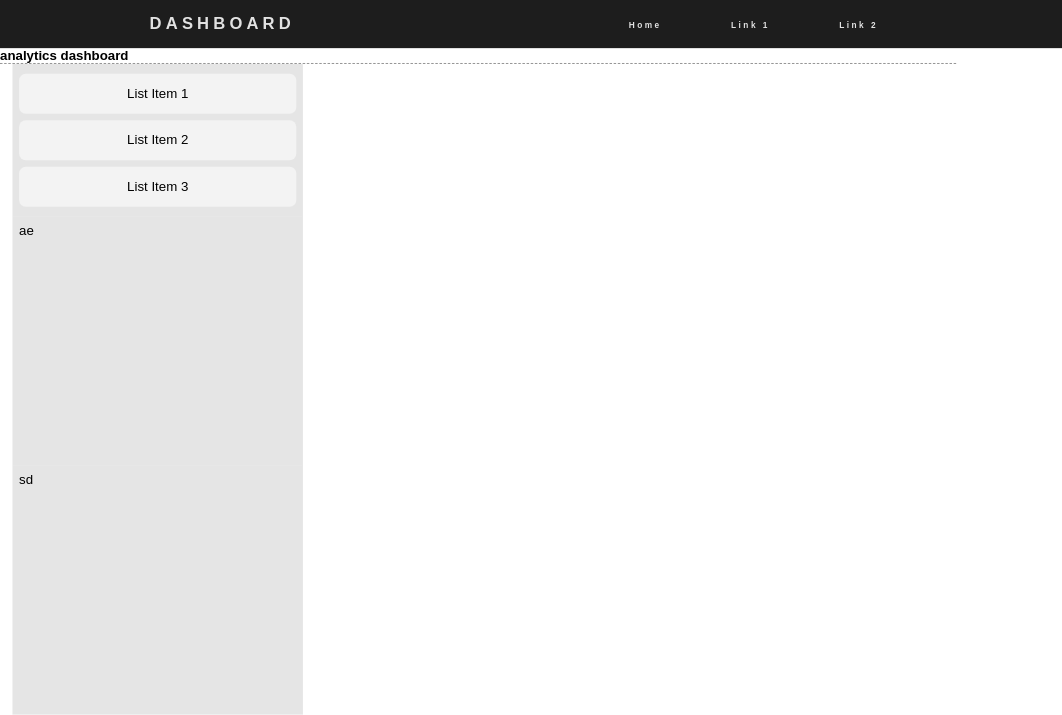
Repository: nourabdelhakam/drag-drop
Page: index.html
These files come from the project's save history. The page is drawn as it stood at one moment and after the next save; the edit follows.
The browser window is 1280 px wide. The pictures show the whole page, at 83% of full size.

Above is the page before, as saved 2020-07-03 08:37:02.

### index.html
<!DOCTYPE html>
<html lang="en">
<head>
    <meta charset="UTF-8">
    <meta name="viewport" content="width=device-width, initial-scale=1.0">
    <meta http-equiv="X-UA-Compatible" content="ie=edge">
    <title>Drag & Drop</title>
    <link rel="stylesheet" href="nav/nav.css">
    <link rel="stylesheet" href="css/main.css">
</head>
<body>

    <!-- <nav> -->
        <nav>
            <div class="logo">
                <h4>Dashboard</h4>
            </div>
            <ul class="nav-links">
                <li><a href="">Home</a></li>
                <li><a href="">Link 1</a></li>
                <li><a href="">Link 2</a></li>
            </ul>
            <div class="burger">
                <div class="line1"></div>
                <div class="line2"></div>
                <div class="line3"></div>
            </div>
        </nav>
      <!-- </nav> end of nav -->

      <section>
          <h4>analytics dashboard </h4>
          <div class="container">
              <div class="left">
                <div class="list">
                    <div class="list-item" draggable="true">List Item 1</div>
                    <div class="list-item" draggable="true">List Item 2</div>
                    <div class="list-item" draggable="true">List Item 3</div>
                </div>
              </div>
              <div class="right">
                <div class="list">ae</div>
                <div class="list">sd</div>
              </div>
            <!-- <div class="lists">
                <div class=" left list">
                    <div class="list-item" draggable="true">List Item 1</div>
                    <div class="list-item" draggable="true">List Item 2</div>
                    <div class="list-item" draggable="true">List Item 3</div>
                </div>
                <div class="list"></div>
                <div class="list"></div>
            </div> -->
        </div>
      </section>


    <script src="main.js" type="text/javascript"></script>
    <script src="nav/nav.js" type="text/javascript"></script>
</body>
</html>

### nav/nav.css
nav {
    display: flex;
    justify-content: space-around;
    align-items: center;
    min-height: 8vh;
    background-color: #1D1D1D;
    font-family: "Poppins", sans-serif;
}
.logo {
    color: rgb(226, 226, 226);
    text-transform: uppercase;
    letter-spacing: 5px;
    font-size: 20px;
}
.nav-links {
    display: flex;
    justify-content: space-around;
    width: 30%;
}
.nav-links li {
    list-style: none;
}
.nav-links a {
    color: rgb(226, 226, 226);
    text-decoration: none;
    letter-spacing: 3px;
    font-weight: bold;
    font-size: 10px;
}
.burger {
    display: none;
    cursor: pointer;
}
.burger div {
    width: 25px;
    height: 3px;
    background-color: rgb(226, 226, 226);
    margin: 5px;
    transition: all 0.3s ease;
}


@media screen and (max-width:1024px) {
    .nav-links {
        width: 60%;
    }
}

@media screen and (max-width:768px) {

    body {
        overflow-x: hidden;
    }
    .nav-links {
        position: absolute;
        right: 0px;
        height: 92vh;
        top: 8vh;
        background-color: #1D1D1D;
        display: flex;
        flex-direction: column;
        align-items: center;
        width: 50%;
        transform: translatex(100%);
        transition: transform 0.5s ease-in;
    }
    .nav-links li {
        opacity: 0;
    }
    .burger {
        display: block;
    }
}

.nav-active {
    transform: translatex(0%);
}

@keyframes navLinkFade {
    from {
        opacity: 0;
        transform: translatex(50%);
    }
    to {
        opacity: 1;
        transform: translatex(0%);
    }
}

.toggle .line1 {
    transform: rotate(-45deg) translate(-5px, 6px);
}
.toggle .line2 {
    opacity: 0;
}
.toggle .line3 {
    transform: rotate(45deg) translate(-5px, -6px);
}

.landing {
    height: 90vh;
    display: flex;
    justify-content: center;
    align-items: center;
}
.landing h1 {
    margin: 100px;
    font-size: 50px;
    color: #ae5fce;
}

### css/main.css
* {
    margin: 0;
    padding: 0;
    box-sizing: border-box;
}
body {
    font-family: Arial, Helvetica, sans-serif;
}
.container {
    display: flex;
    flex-flow: column;
    width: 90vw;
    height: 90vh;
    border-top: 1px dashed gray;
}
.lists {
    display: flex;
    flex: 1;
    width: 100%;
    /* overflow: scroll; */
}
 .list {
    display: flex;
    flex-flow: column;
    flex: 1;

    width: 100%;
    min-width: 250px;
    max-width: 350px;
    height: 100%;
    min-height: 150px;

    background-color: rgba(0, 0, 0, 0.1);
    margin: 0 15px;
    padding: 8px;
    transition: all 0.2s linear;
}

 .list .list-item {
    background-color: #F3F3F3;
    border-radius: 8px;
    padding: 15px 20px;
    text-align: center;
    margin: 4px 0;
}

### main.js
const list_items = document.querySelectorAll('.list-item');
const lists = document.querySelectorAll('.list');

let draggedItem = null;

for (let i = 0; i < list_items.length; i++) {
	const item = list_items[i];

	item.addEventListener('dragstart', function () {
		draggedItem = item;
		setTimeout(function () {
			item.style.display = 'none';
		}, 0)
	});

	item.addEventListener('dragend', function () {
		setTimeout(function () {
			draggedItem.style.display = 'block';
			draggedItem = null;
		}, 0);
	})

	for (let j = 0; j < lists.length; j ++) {
		const list = lists[j];

		list.addEventListener('dragover', function (e) {
			e.preventDefault();
		});

		list.addEventListener('dragenter', function (e) {
			e.preventDefault();
			this.style.backgroundColor = 'rgba(0, 0, 0, 0.2)';
		});

		list.addEventListener('dragleave', function (e) {
			this.style.backgroundColor = 'rgba(0, 0, 0, 0.1)';
		});

		list.addEventListener('drop', function (e) {
			console.log('drop');
			this.append(draggedItem);
			this.style.backgroundColor = 'rgba(0, 0, 0, 0.1)';
		});
	}
}

### nav/nav.js
const navSlide = () => {
    const burger = document.querySelector('.burger');
    const nav = document.querySelector('.nav-links');
    const navLinks = document.querySelectorAll('.nav-links li');


    burger.addEventListener('click', () => {

        //Toggle Nav
        nav.classList.toggle('nav-active');

        //Animate Links
        navLinks.forEach((link, index) => {

            if (link.style.animation) {
                link.style.animation = '';
            } else {
                link.style.animation = `navLinkFade 0.5s ease forwards ${index / 7 + 0.3}s`;
            }

        });

        //Burger Animation
        burger.classList.toggle('toggle');
    });

}

navSlide();

After the next save:
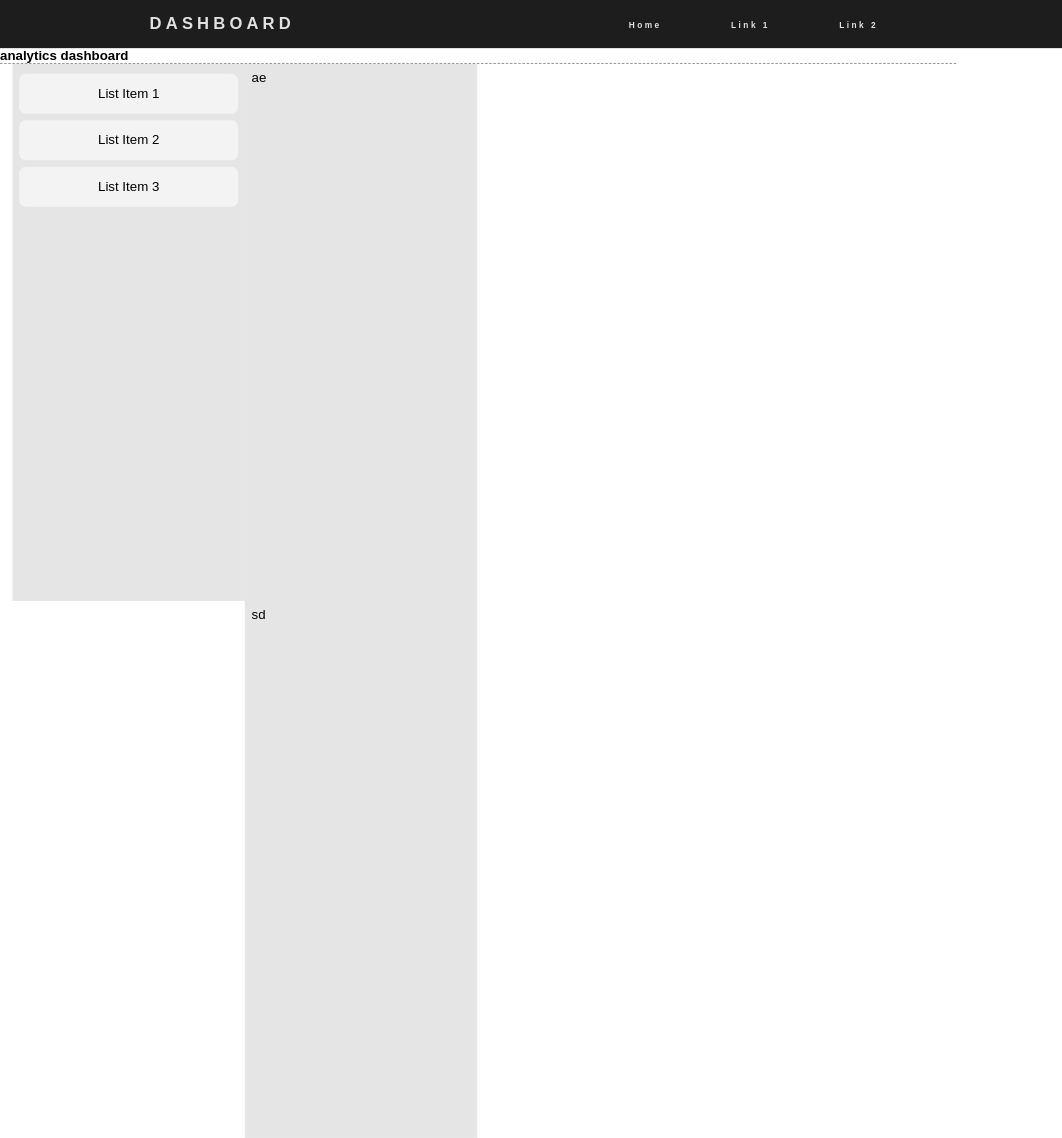
Saved 2 min 58 s later.
--- a/index.html
+++ b/index.html
@@ -31,16 +31,18 @@
       <section>
           <h4>analytics dashboard </h4>
           <div class="container">
-              <div class="left">
-                <div class="list">
-                    <div class="list-item" draggable="true">List Item 1</div>
-                    <div class="list-item" draggable="true">List Item 2</div>
-                    <div class="list-item" draggable="true">List Item 3</div>
-                </div>
-              </div>
-              <div class="right">
-                <div class="list">ae</div>
-                <div class="list">sd</div>
+              <div class="lists">
+                <div class="left">
+                    <div class="list">
+                        <div class="list-item" draggable="true">List Item 1</div>
+                        <div class="list-item" draggable="true">List Item 2</div>
+                        <div class="list-item" draggable="true">List Item 3</div>
+                    </div>
+                  </div>
+                  <div class="right">
+                    <div class="list">ae</div>
+                    <div class="list">sd</div>
+                  </div>
               </div>
             <!-- <div class="lists">
                 <div class=" left list">
